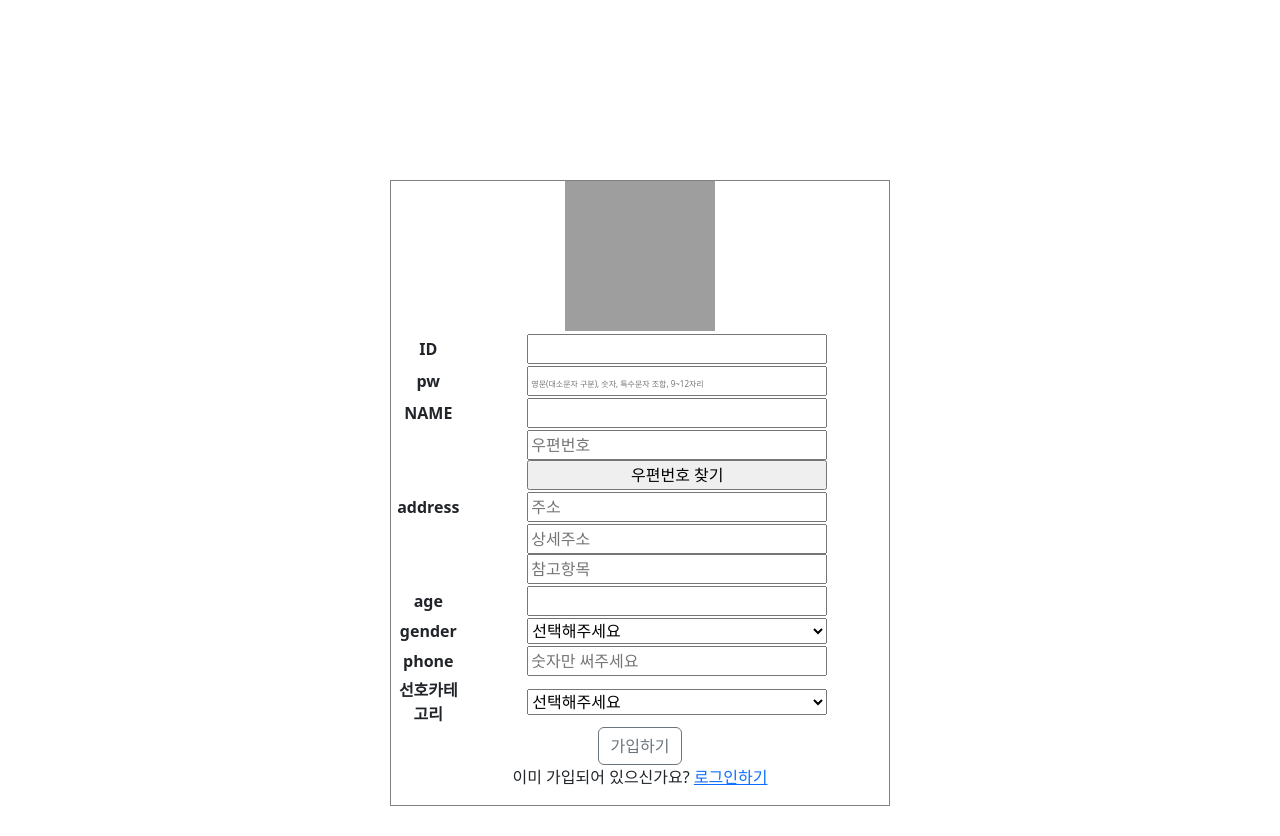
Repository: bongbongi/book1
Page: http://localhost/book/WEB-INF/views/member/join.jsp
The author's editor kept a copy of each file at every save. The page is drawn from the files as they stood at one save, then again after the next save.
The browser window is 1280 px wide. The pictures show the whole page.
Pictures or frames that could not be fetched are drawn as grey boxes. Some web libraries are served in a nearby version. The page is served by Tomcat 9. Nobody is signed in. The template is opened directly, without the code that normally fills it, so the values that code supplies are empty.

Above is the page before, as saved 2023-01-05 16:15:53.

After the next save:
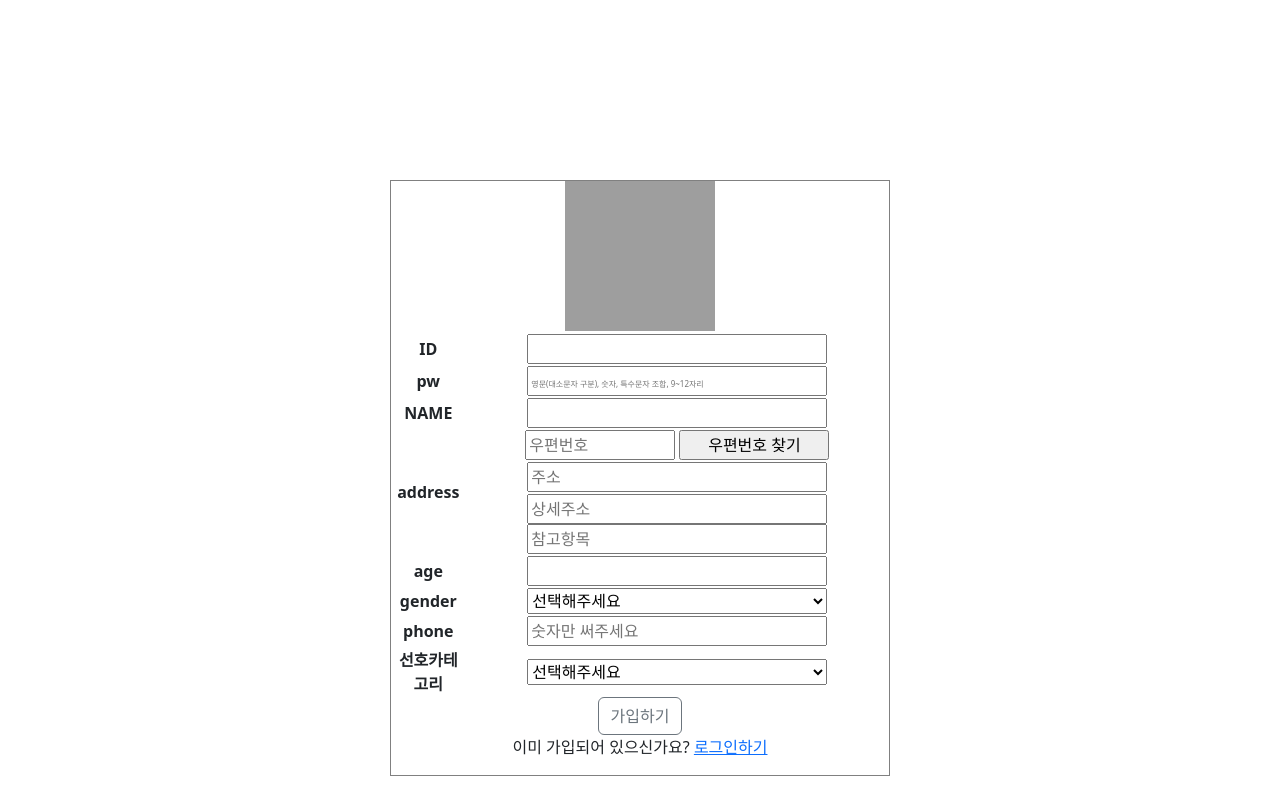
Saved 12 s later.
--- a/book/src/main/webapp/WEB-INF/views/member/join.jsp
+++ b/book/src/main/webapp/WEB-INF/views/member/join.jsp
@@ -84,7 +84,7 @@ display: none;
 .join-input {
 	width: 300px;
 }
-.join-input zip {
+.zip {
 	width: 150px;
 }
 </style>

After the save that followed:
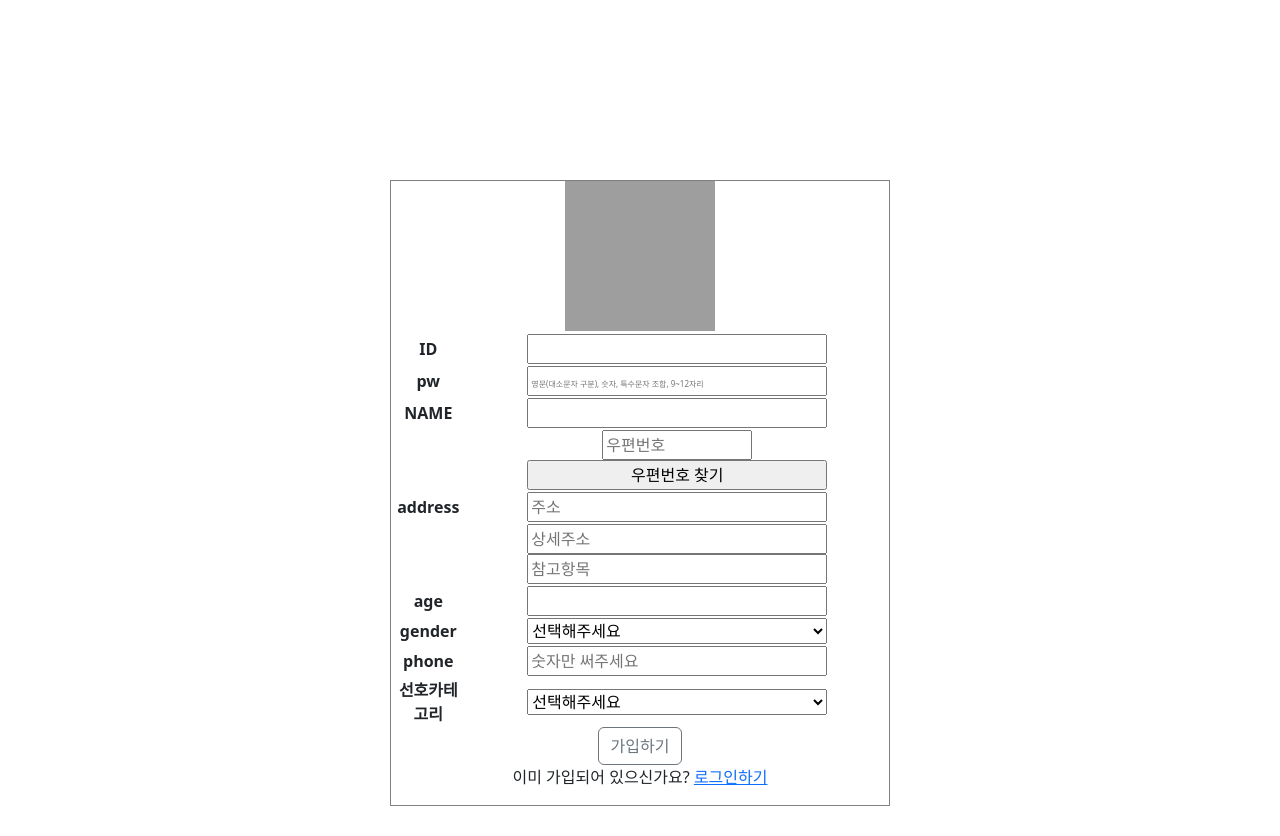
Saved 58 s later.
--- a/book/src/main/webapp/WEB-INF/views/member/join.jsp
+++ b/book/src/main/webapp/WEB-INF/views/member/join.jsp
@@ -126,7 +126,7 @@ display: none;
 								<th rowspan="3">address</th>
 								<td colspan="2">
 									<input type="text" class="join-input zip" id="postcode" name="mem_postzip" placeholder="우편번호" required>
-									<input type="button" class="join-input zip" class="btn btn-outline-primary" onclick="execDaumPostcode()" value="우편번호 찾기">
+									<input type="button" class="join-input zipbtn btn-outline-primary" onclick="execDaumPostcode()" value="우편번호 찾기">
 								</td>
 							</tr>
 							<tr colspan="2">
